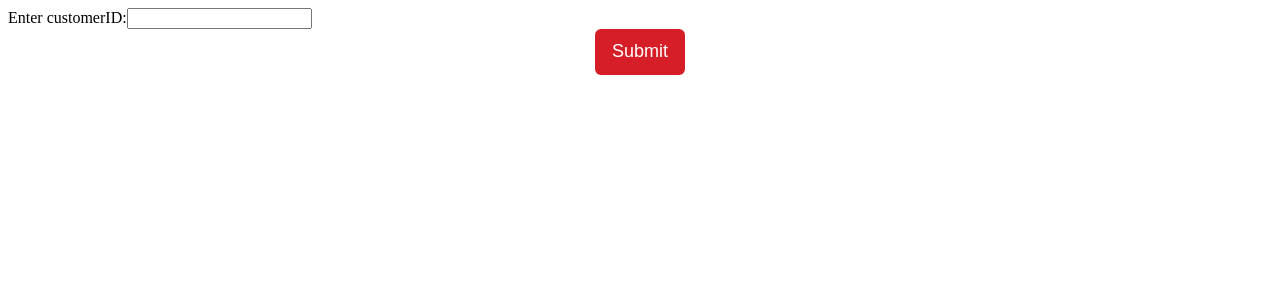
Repository: suma94/MyProjects
Page: http://localhost/SelfServiceSales/SuspendRestore.jsp
An editor plug-in stored every save of this project. The page is shown before and after the next save, followed by the edit.
The browser window is 1280 px wide. The pictures show the whole page.
The page is served by Tomcat 9. Other server files are loaded and not shown.

Above is the page before, as saved 2015-08-26 04:50:05.

### SelfServiceSales/WebContent/SuspendRestore.jsp
<%@ page language="java" contentType="text/html; charset=ISO-8859-1"
    pageEncoding="ISO-8859-1"%>
<!DOCTYPE html PUBLIC "-//W3C//DTD HTML 4.01 Transitional//EN" "http://www.w3.org/TR/html4/loose.dtd">
<html>
<head>
<meta http-equiv="Content-Type" content="text/html; charset=ISO-8859-1">
<link rel="stylesheet" type="text/css" href="styles.css">
<title>Insert title here</title>
</head>
<body>
<form action="Suspend" method="post">
	Enter customerID:<input type="text" name="customerID"><br>
	<center>
		<input type="submit"  value="Submit"name="Suspend" class="vzbtn">
	</center>
</form>
</body>
</html>

### SelfServiceSales/WebContent/styles.css
.vz-standard-font
{
	font-family:arial;
}
.vzh1
{
	font-family:arial;
	font-style:bold;
	font-size:28px;
	color:#B00000;
}
.vzh2
{
	font-family:arial;
	font-style:bold;
	font-size:24px;
	color:#B00000;
}
.vzh3
{
	font-family:arial;
	font-style:bold;
	font-size:21.33px;
	color:#333333;
}
.vzh4
{
	font-family:arial;
	font-style:bold;
	font-size:18.66px;
	color:#333333;

}
.vzh5
{
	font-family:arial;
	font-style:bold;
	font-size:16px;
	color:#333333;
}
.vzh6
{
	font-family:arial;
	font-style:bold;
	font-size:14.66px;
	color:#333333;
}
.vzred
{
	color:#ED1C24;
}
.vzdarkgrey
{
	color:#595A5D;
}
.vzgrey
{
	color:#D2D3D4;
}
.vzlightgrey
{
	color:#ECEDEE;
}
.vzsecondary1
{
	color:rgb(115,185,176);
}
.vzsecondary2
{
	color:rgb(259,223,76);
}
.vzsecondary3
{
	color:rgb(74,154,77);
}.vzsecondary4
{
	color:rgb(46,103,178);
}
.vzsecondary5
{
	color:rgb(196,159,57);
}
.vzsecondary6
{
	color:rgb(210,102,159);
}
.vzsecondary7
{
	color:rgb(127,52,131);
}
.vzsecondary8
{
	color:rgb(49,149,169);
}
a.vzlink:link {
     font-family:Arial; color:#0066CC; text-decoration:underline;
}

/* visited link */
a.vzlink:visited {
  font-family:Arial; color:#990099; text-decoration:none;

}

/* mouse over link */
a .vzlink:hover {
   font-family:Arial; color:#0066CC; text-decoration:underline;
}

/* selected link */
a.vzlink:active {
font-family:Arial; color:#B00000; text-decoration:none;
}

.vzbtn {
  -webkit-border-radius: 6;
  -moz-border-radius: 6;
 padding: 10px 16px;
font-size: 18px;
line-height: 1.33333;
border-radius: 6px;
margin-bottom: 0px;
font-weight: 400;
text-align: center;
white-space: nowrap;
vertical-align: middle;
cursor: pointer;
-moz-user-select: none;
background-image: none;
border: 1px solid transparent;

  font-family: Arial;
  color: #ffffff;

  background: #d51e27;

  text-decoration: none;
}
.vzbtn:focus {outline:0;}

.vzbtn:hover {
  text-decoration: none;
}
.vzbtnsmall {
  -webkit-border-radius: 3;
  -moz-border-radius: 3;
  padding: 5px 10px;
    padding-top: 5px;
    padding-right: 10px;
    padding-bottom: 5px;
    padding-left: 10px;
font-size: 12px;
line-height: 1.5;
border-radius: 3px;
display: inline-block;
margin-bottom: 0px;
font-weight: 400;
text-align: center;
white-space: nowrap;
vertical-align: middle;
cursor: pointer;
-moz-user-select: none;
background-image: none;
border: 1px solid transparent;

  font-family: Arial;
  color: #ffffff;

  background: #d51e27;

  text-decoration: none;
}
.vzbtnsmall:focus {outline:0;}

.vzbtnsmall:hover {
  text-decoration: none;
}
.vzbtnmedium {
	padding: 6px 12px;
margin-bottom: 0px;
font-size: 14px;
font-weight: 400;
line-height: 1.42857;
text-align: center;
white-space: nowrap;
vertical-align: middle;
cursor: pointer;
-moz-user-select: none;
background-image: none;
border: 1px solid transparent;
border-radius: 4px;
  -webkit-border-radius: 4;
  -moz-border-radius: 4;



  font-family: Arial;
  color: #ffffff;

  background: #d51e27;

  text-decoration: none;
}
.vzbtnmedium:focus {outline:0;}

.vzbtnmedium:hover {
  text-decoration: none;
}
.vzbtnxsmall {
	padding: 1px 5px;
    padding-top: 1px;
    padding-right: 5px;
    padding-bottom: 1px;
    padding-left: 5px;
font-size: 12px;
line-height: 1.5;
border-radius: 3px;
	display: inline-block;
margin-bottom: 0px;
font-weight: 400;
text-align: center;
white-space: nowrap;
vertical-align: middle;
cursor: pointer;
-moz-user-select: none;
background-image: none;
border: 1px solid transparent;

border-radius: 3px;
  -webkit-border-radius: 3;
  -moz-border-radius: 3;



  font-family: Arial;
  color: #ffffff;

  background: #d51e27;

  text-decoration: none;
}
.vzbtnxsmall:focus {outline:0;}

.vzbtnxsmall:hover {
  text-decoration: none;
}
.vzbtn1{
  -webkit-border-radius: 6;
  -moz-border-radius: 6;
 padding: 10px 16px;
font-size: 18px;
line-height: 1.33333;
border-radius: 6px;
margin-bottom: 0px;
font-weight: 400;
text-align: center;
white-space: nowrap;
vertical-align: middle;
cursor: pointer;
-moz-user-select: none;
background-image: none;
border: 1px solid transparent;

  font-family: Arial;
  color: #ffffff;

  background: #464a4f;

  text-decoration: none;
}
.vzbtn1:focus {outline:0;}

.vzbtn1:hover {
  text-decoration: none;
}
.vzbtn1small {
  -webkit-border-radius: 3;
  -moz-border-radius: 3;
  padding: 5px 10px;
    padding-top: 5px;
    padding-right: 10px;
    padding-bottom: 5px;
    padding-left: 10px;
font-size: 12px;
line-height: 1.5;
border-radius: 3px;
display: inline-block;
margin-bottom: 0px;
font-weight: 400;
text-align: center;
white-space: nowrap;
vertical-align: middle;
cursor: pointer;
-moz-user-select: none;
background-image: none;
border: 1px solid transparent;

  font-family: Arial;
  color: #ffffff;

  background: #464a4f;

  text-decoration: none;
}
.vzbtn1small:focus {outline:0;}

.vzbtn1small:hover {
  text-decoration: none;
}
.vzbtn1medium {
	padding: 6px 12px;
margin-bottom: 0px;
font-size: 14px;
font-weight: 400;
line-height: 1.42857;
text-align: center;
white-space: nowrap;
vertical-align: middle;
cursor: pointer;
-moz-user-select: none;
background-image: none;
border: 1px solid transparent;
border-radius: 4px;
  -webkit-border-radius: 4;
  -moz-border-radius: 4;



  font-family: Arial;
  color: #ffffff;

  background: #464a4f;

  text-decoration: none;
}
.vzbtn1medium:focus {outline:0;}

.vzbtn1medium:hover {
  text-decoration: none;
}
.vzbtn1xsmall {
	padding: 1px 5px;
    padding-top: 1px;
    padding-right: 5px;
    padding-bottom: 1px;
    padding-left: 5px;
font-size: 12px;
line-height: 1.5;
border-radius: 3px;
	display: inline-block;
margin-bottom: 0px;
font-weight: 400;
text-align: center;
white-space: nowrap;
vertical-align: middle;
cursor: pointer;
-moz-user-select: none;
background-image: none;
border: 1px solid transparent;

border-radius: 3px;
  -webkit-border-radius: 3;
  -moz-border-radius: 3;



  font-family: Arial;
  color: #ffffff;

  background: #464a4f;

  text-decoration: none;
}
.vzbtn1xsmall:focus {outline:0;}

.vzbtnx1small:hover {
  text-decoration: none;
}


.vzbtn2{
  -webkit-border-radius: 7;
  -moz-border-radius: 7;
  border-radius: 7px;

  font-family: Arial;
  color: #818181;
  font-size: 14px;
  background: #e3e6e5;
  padding: 10px 20px 10px 20px;
  text-decoration: none;
}
.vzbtn2:focus {outline:0;}
.vzbtn2:hover {
  text-decoration: none;
}
.vzbtn2{
  -webkit-border-radius: 6;
  -moz-border-radius: 6;
 padding: 10px 16px;
font-size: 18px;
line-height: 1.33333;
border-radius: 6px;
margin-bottom: 0px;
font-weight: 400;
text-align: center;
white-space: nowrap;
vertical-align: middle;
cursor: pointer;
-moz-user-select: none;
background-image: none;
border: 1px solid transparent;

  font-family: Arial;
  color: #ffffff;

  background: #e3e6e5;

  text-decoration: none;
}
.vzbtn2:focus {outline:0;}

.vzbtn2:hover {
  text-decoration: none;
}
.vzbtn2small {
  -webkit-border-radius: 3;
  -moz-border-radius: 3;
  padding: 5px 10px;
    padding-top: 5px;
    padding-right: 10px;
    padding-bottom: 5px;
    padding-left: 10px;
font-size: 12px;
line-height: 1.5;
border-radius: 3px;
display: inline-block;
margin-bottom: 0px;
font-weight: 400;
text-align: center;
white-space: nowrap;
vertical-align: middle;
cursor: pointer;
-moz-user-select: none;
background-image: none;
border: 1px solid transparent;

  font-family: Arial;
  color: #ffffff;

  background: #e3e6e5;

  text-decoration: none;
}
.vzbtn2small:focus {outline:0;}

.vzbtn2small:hover {
  text-decoration: none;
}
.vzbtn2medium {
	padding: 6px 12px;
margin-bottom: 0px;
font-size: 14px;
font-weight: 400;
line-height: 1.42857;
text-align: center;
white-space: nowrap;
vertical-align: middle;
cursor: pointer;
-moz-user-select: none;
background-image: none;
border: 1px solid transparent;
border-radius: 4px;
  -webkit-border-radius: 4;
  -moz-border-radius: 4;



  font-family: Arial;
  color: #ffffff;

  background: #e3e6e5;

  text-decoration: none;
}
.vzbtn2medium:focus {outline:0;}

.vzbtn2medium:hover {
  text-decoration: none;
}
.vzbtn2xsmall {
	padding: 1px 5px;
    padding-top: 1px;
    padding-right: 5px;
    padding-bottom: 1px;
    padding-left: 5px;
font-size: 12px;
line-height: 1.5;
border-radius: 3px;
	display: inline-block;
margin-bottom: 0px;
font-weight: 400;
text-align: center;
white-space: nowrap;
vertical-align: middle;
cursor: pointer;
-moz-user-select: none;
background-image: none;
border: 1px solid transparent;

border-radius: 3px;
  -webkit-border-radius: 3;
  -moz-border-radius: 3;



  font-family: Arial;
  color: #ffffff;

  background: #e3e6e5;

  text-decoration: none;
}
.vzbtn2xsmall:focus {outline:0;}

.vzbtnx2small:hover {
  text-decoration: none;
}

.vztext {
  display: inline-block;
  -webkit-box-sizing: content-box;
  -moz-box-sizing: content-box;
  box-sizing: content-box;
  padding: 10px 20px;
  border: 1px solid #b7b7b7;
  -webkit-border-radius: 3px;
  border-radius: 3px;
  font: normal 14px/normal Arial, Helvetica, sans-serif;
  color: rgba(40,40,40,1);
  -o-text-overflow: clip;
  text-overflow: clip;
  background: #ecf0f1;
  -webkit-box-shadow: 2px 2px 2px 0 rgba(0,0,0,0.2) inset;
  box-shadow: 2px 2px 2px 0 rgba(0,0,0,0.2) inset;
  text-shadow: 1px 1px 0 rgba(255,255,255,0.66) ;
  -webkit-transition: all 200ms cubic-bezier(0.42, 0, 0.58, 1);
  -moz-transition: all 200ms cubic-bezier(0.42, 0, 0.58, 1);
  -o-transition: all 200ms cubic-bezier(0.42, 0, 0.58, 1);
  transition: all 200ms cubic-bezier(0.42, 0, 0.58, 1);
}

.vztextarea
{

background:#ecf0f1;
color: rgba(40,40,40,1);
border:1px solid #DCDCDC;
border-radius:2px ;
font-size:12px ;
width: 222px ;
padding: 2px ;
box-shadow: 2px 2px 2px 0 rgba(0,0,0,0.2) inset;
-webkit-box-shadow: -2px 0px 8px #DCDCDC;
-moz-box-shadow: -2px 0px 8px #DCDCDC;
}
.vztextarea:focus, input:focus{
    outline: 0;
}
.vztable {
	margin:0px;padding:0px;
	width:100%;
	border:1px solid #000000;

	-moz-border-radius-bottomleft:6px;
	-webkit-border-bottom-left-radius:6px;
	border-bottom-left-radius:6px;

	-moz-border-radius-bottomright:6px;
	-webkit-border-bottom-right-radius:6px;
	border-bottom-right-radius:6px;

	-moz-border-radius-topright:6px;
	-webkit-border-top-right-radius:6px;
	border-top-right-radius:6px;

	-moz-border-radius-topleft:6px;
	-webkit-border-top-left-radius:6px;
	border-top-left-radius:6px;
}.vztable table{
    border-collapse: collapse;
        border-spacing: 0;
	width:100%;
	height:100%;
	margin:0px;padding:0px;
}.vztable tr:last-child td:last-child {
	-moz-border-radius-bottomright:6px;
	-webkit-border-bottom-right-radius:6px;
	border-bottom-right-radius:6px;
}
.vztable table tr:first-child td:first-child {
	-moz-border-radius-topleft:6px;
	-webkit-border-top-left-radius:6px;
	border-top-left-radius:6px;
}
.vztable table tr:first-child td:last-child {
	-moz-border-radius-topright:6px;
	-webkit-border-top-right-radius:6px;
	border-top-right-radius:6px;
}.vztable tr:last-child td:first-child{
	-moz-border-radius-bottomleft:6px;
	-webkit-border-bottom-left-radius:6px;
	border-bottom-left-radius:6px;
}.vztable tr:hover td{

}
.vztable tr:nth-child(odd){ background-color:#f3f3f5; }
.vztable tr:nth-child(even)    { background-color:#ffffff; }.vztable td{
	vertical-align:middle;


	border:1px solid #000000;
	border-width:0px 1px 1px 0px;
	text-align:center;
	padding:10px;
	font-size:13px;
	font-family:Arial;
	font-weight:normal;
	color:#000000;
}.vztable tr:last-child td{
	border-width:0px 1px 0px 0px;
}.vztable tr td:last-child{
	border-width:0px 0px 1px 0px;
}.vztable tr:last-child td:last-child{
	border-width:0px 0px 0px 0px;
}
.vztable tr:first-child td{
		background:-o-linear-gradient(bottom, #595a5d 5%, #595a5d 100%);	background:-webkit-gradient( linear, left top, left bottom, color-stop(0.05, #595a5d), color-stop(1, #595a5d) );
	background:-moz-linear-gradient( center top, #595a5d 5%, #595a5d 100% );
	filter:progid:DXImageTransform.Microsoft.gradient(startColorstr="#595a5d", endColorstr="#595a5d");	background: -o-linear-gradient(top,#595a5d,595a5d);

	background-color:#595a5d;
	border:0px solid #000000;
	text-align:center;
	border-width:0px 0px 1px 1px;
	font-size:14px;
	font-family:Arial;
	font-weight:bold;
	color:#ffffff;
}
.vztable tr:first-child:hover td{
	background:-o-linear-gradient(bottom, #595a5d 5%, #595a5d 100%);	background:-webkit-gradient( linear, left top, left bottom, color-stop(0.05, #595a5d), color-stop(1, #595a5d) );
	background:-moz-linear-gradient( center top, #595a5d 5%, #595a5d 100% );
	filter:progid:DXImageTransform.Microsoft.gradient(startColorstr="#595a5d", endColorstr="#595a5d");	background: -o-linear-gradient(top,#595a5d,595a5d);

	background-color:#595a5d;
}
.vztable tr:first-child td:first-child{
	border-width:0px 0px 1px 0px;
}
.vztable tr:first-child td:last-child{
	border-width:0px 0px 1px 1px;
}

.vztable1 {
	margin:0px;padding:0px;
	width:100%;
	border:1px solid #000000;

	-moz-border-radius-bottomleft:6px;
	-webkit-border-bottom-left-radius:6px;
	border-bottom-left-radius:6px;

	-moz-border-radius-bottomright:6px;
	-webkit-border-bottom-right-radius:6px;
	border-bottom-right-radius:6px;

	-moz-border-radius-topright:6px;
	-webkit-border-top-right-radius:6px;
	border-top-right-radius:6px;

	-moz-border-radius-topleft:6px;
	-webkit-border-top-left-radius:6px;
	border-top-left-radius:6px;
}.vztable1 table{
    border-collapse: collapse;
        border-spacing: 0;
	width:100%;
	height:100%;
	margin:0px;padding:0px;
}.vztable1 tr:last-child td:last-child {
	-moz-border-radius-bottomright:6px;
	-webkit-border-bottom-right-radius:6px;
	border-bottom-right-radius:6px;
}
.vztable1 table tr:first-child td:first-child {
	-moz-border-radius-topleft:6px;
	-webkit-border-top-left-radius:6px;
	border-top-left-radius:6px;
}
.vztable1 table tr:first-child td:last-child {
	-moz-border-radius-topright:6px;
	-webkit-border-top-right-radius:6px;
	border-top-right-radius:6px;
}.vztable1 tr:last-child td:first-child{
	-moz-border-radius-bottomleft:6px;
	-webkit-border-bottom-left-radius:6px;
	border-bottom-left-radius:6px;
}.vztable1 tr:hover td{

}
.vztable1 tr:nth-child(odd){ background-color:#f3f3f5; }
.vztable1 tr:nth-child(even)    { background-color:#ffffff; }.vztable1 td{
	vertical-align:middle;


	border:1px solid #000000;
	border-width:0px 1px 1px 0px;
	text-align:center;
	padding:10px;
	font-size:13px;
	font-family:Arial;
	font-weight:normal;
	color:#000000;
}.vztable1 tr:last-child td{
	border-width:0px 1px 0px 0px;
}.vztable1 tr td:last-child{
	border-width:0px 0px 1px 0px;
}.vztable1 tr:last-child td:last-child{
	border-width:0px 0px 0px 0px;
}
.vztable1 tr:first-child td{
		/* background:-o-linear-gradient(bottom, #595a5d 5%, #595a5d 100%);	background:-webkit-gradient( linear, left top, left bottom, color-stop(0.05, #595a5d), color-stop(1, #595a5d) );
	background:-moz-linear-gradient( center top, #595a5d 5%, #595a5d 100% ); */
	filter:progid:DXImageTransform.Microsoft.gradient(startColorstr="#595a5d", endColorstr="#595a5d");	background: -o-linear-gradient(top,#595a5d,595a5d);


	border:0px solid #000000;
	text-align:center;
	border-width:0px 0px 1px 1px;
	font-size:14px;
	font-family:Arial;


}
/* .vztable1 tr:first-child:hover td{
	background:-o-linear-gradient(bottom, #595a5d 5%, #595a5d 100%);	background:-webkit-gradient( linear, left top, left bottom, color-stop(0.05, #595a5d), color-stop(1, #595a5d) );
	background:-moz-linear-gradient( center top, #595a5d 5%, #595a5d 100% );
	filter:progid:DXImageTransform.Microsoft.gradient(startColorstr="#595a5d", endColorstr="#595a5d");	background: -o-linear-gradient(top,#595a5d,595a5d);

	background-color:#595a5d;
} */
.vztable1 tr:first-child td:first-child{
	border-width:0px 0px 1px 0px;
}
.vztable1 tr:first-child td:last-child{
	border-width:0px 0px 1px 1px;
}


.vzresponsive-container { position: relative; padding-bottom: 56.25%; padding-top: 30px; height: 0; overflow: hidden; }

.vzresponsive-container iframe { position: absolute; top: 0; left: 0; width: 100%; height: 100%; }
.vzlogoContainer {
  width: 20%;
}
.vzlogoContainer img {
max-width: 100%;
}
input[type=radio], input[type=checkbox] {
	    display:none;
	}
input[type=radio] + label:before {
	    content: "";
	    display: inline-block;
	    width: 15px;
	    height: 15px;
	    vertical-align:middle;
	    margin-right: 8px;
	    background-color: #aaa;
	    box-shadow: inset 0px 2px 2px rgba(0, 0, 0, .3);
	    border-radius: 8px;
	}
input[type=checkbox] + label:before {
	    content: "";
	    display: inline-block;
	    width: 15px;
	    height: 15px;
	    vertical-align:middle;
	    margin-right: 8px;
	    background-color: #aaa;
	    box-shadow: inset 0px 2px 2px rgba(0, 0, 0, .3);
	    border-radius: 4px;
	}
input[type=radio]:checked + label:before {
		content: "\2022";
		color:white;
	    background-color: #666;
		font-size:1.8em;
		text-align:center;
		line-height:14px;
		text-shadow:0px 0px 3px #eee;
	}
input[type=checkbox]:checked + label:before {
		content:"\2714";
		color:white;
	    background-color: #666;
		text-align:center;
		line-height:15px;
	    text-shadow:0px 0px 3px #eee;
	}
	.vznavbar-inverse
	{
		background-color: #FFFFFF;
		}
.vznavbar-inverse .vznavbar-nav>.vzactive>a:hover,
.vznavbar-inverse .vznavbar-nav>li>a:hover,
.vznavbar-inverse .vznavbar-nav>li>a:focus
 {
	 background-color: #FFFFFF;
	 }
.vznavbar-inverse .vznavbar-nav>.vzactive>a,
.vznavbar-inverse .vznavbar-nav>.vzopen>a,
.vznavbar-inverse .vznavbar-nav>.vzopen>a,
.vznavbar-inverse .vznavbar-nav>.vzopen>a:hover,
.vznavbar-inverse .vznavbar-nav>.vzopen>a,
.vznavbar-inverse .vznavbar-nav>.vzopen>a:hover,
.vznavbar-inverse .vznavbar-nav>.vzopen>a:focus
{
	background-color: #FFFFFF;
	}
.vzdropdown-menu
{
	background-color: #D2D3D4;
	}
.vzdropdown-menu>li>a:hover,
.vzdropdown-menu>li>a:focus
{
	background-color: #080808;
	}
.vznavbar-inverse
{
	background-image: none;
	}
.vzdropdown-menu>li>a:hover,
.vzdropdown-menu>li>a:focus
{
	background-image: none;
	}
.vznavbar-inverse {
	border-color: #d2d3d4;
	}
.vznavbar-inverse .vznavbar-brand
{
	color: #994812;
	}
.vznavbar-inverse .vznavbar-brand:hover {
	color: #ED1C24
	}
.vznavbar-inverse .vznavbar-nav>li>a
{
	color: #080808;
	}
.vznavbar-inverse .vznavbar-nav>li>a:hover,
.vznavbar-inverse .vznavbar-nav>li>a:focus
{
	color: #ED1C24;
	}
.vznavbar-inverse .vznavbar-nav>.vzactive>a,
.vznavbar-inverse .vznavbar-nav>.vzopen>a,
.vznavbar-inverse .vznavbar-nav>.vzopen>a:hover,
.vznavbar-inverse .vznavbar-nav>.vzopen>a:focus
{
	color: #ED1C24;
	}
.vznavbar-inverse .vznavbar-nav>.vzactive>a:hover,
.vznavbar-inverse .vznavbar-nav>.vzactive>a:focus
{
	color: #ED1C24;
	}
.vzdropdown-menu>li>a
{
color: #080808;
}
.vzdropdown-menu>li>a:hover,
.vzdropdown-menu>li>a:focus
{
	color: #FFFFFF;
}
.vznavbar-inverse .vznavbar-nav>.vzdropdown>a .vzcaret
{
	border-top-color: #080808;
	}
.vznavbar-inverse .vznavbar-nav>.vzdropdown>a:hover .vzcaret
 {
	 border-top-color: #ED1C24;
	 }
.vznavbar-inverse .vznavbar-nav>.vzdropdown>a .vzcaret
{
	border-bottom-color: #080808;
	}
.vznavbar-inverse .vznavbar-nav>.vzdropdown>a:hover .vzcaret
{
	border-bottom-color: #ED1C24;
	}

.inputwrap label {
    display: inline-block;
    width: 100px;
    text-align: right;
}
.select-style {
    /* border: 1px solid #ccc; */
    width: 120px;
    border-radius: 3px;
    overflow: hidden;
    background:  url("menu-icon.png") no-repeat 90% 50%;
	background-color:#d2d3d4;
}

.select-style select {
    padding: 5px 8px;
    width: 130%;
    border: none;
    box-shadow: none;
    background:transparent;
    background-image: none;
    -webkit-appearance: none;
}


.select-style select:focus {
    outline: none;
}

.wrapper         {width:100%;height:100%;margin:0 auto;background:#ffffff}
.h_iframe        {position:relative;}
.h_iframe .ratio {display:block;width:100%;height:auto;}
.h_iframe iframe {position:absolute;top:0;left:0;width:100%; height:100%;}

After the next save:
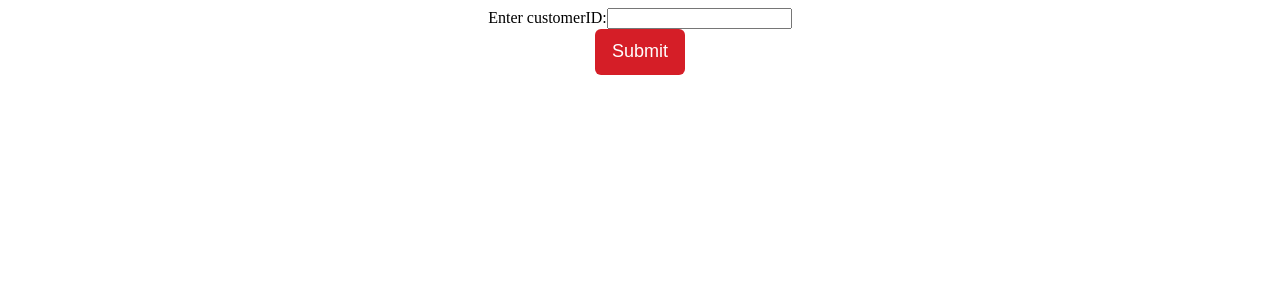
Saved 44 s later.
--- a/SelfServiceSales/WebContent/SuspendRestore.jsp
+++ b/SelfServiceSales/WebContent/SuspendRestore.jsp
@@ -9,8 +9,8 @@
 </head>
 <body>
 <form action="Suspend" method="post">
-	Enter customerID:<input type="text" name="customerID"><br>
 	<center>
+		Enter customerID:<input type="text" name="customerID"><br>
 		<input type="submit"  value="Submit"name="Suspend" class="vzbtn">
 	</center>
 </form>
